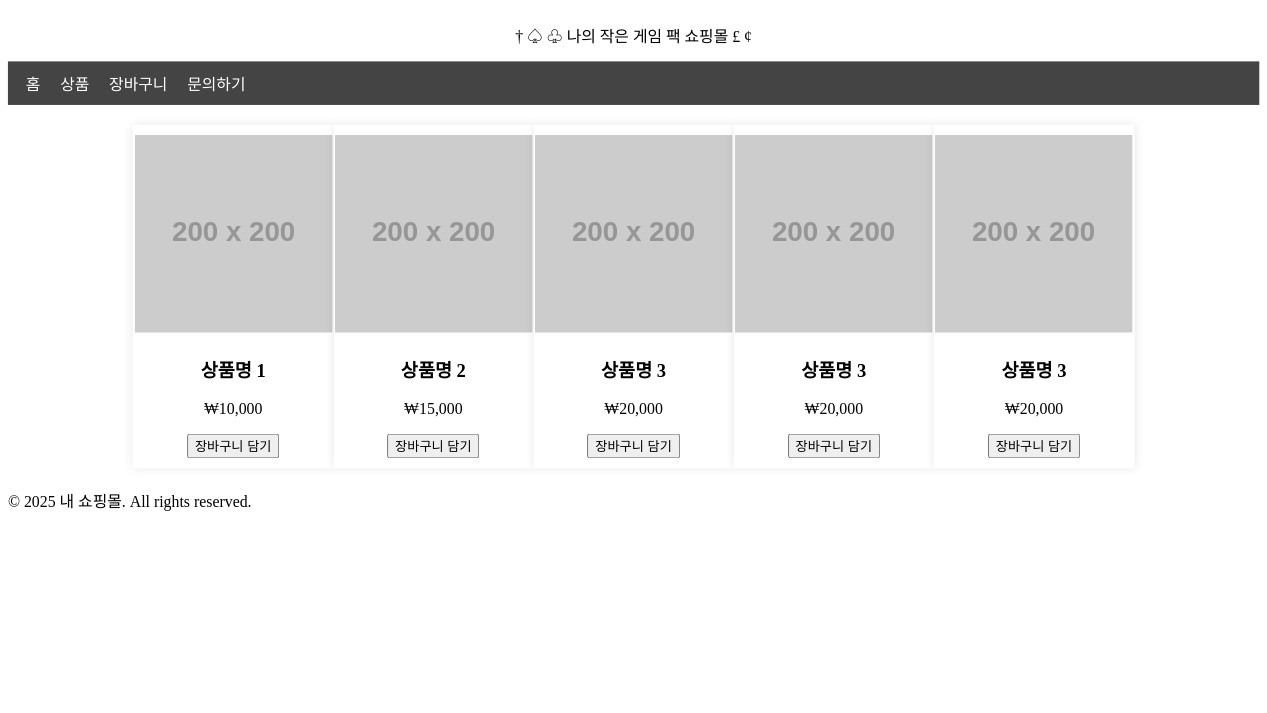
Repository: SeungYeon04/A_AssetsJSP
Page: http://localhost/JSP_Start01/
The author's editor kept a copy of each file at every save. The page is drawn from the files as they stood at one save, then again after the next save.
The browser window is 1280 px wide. The pictures show the whole page, at 99% of full size.
Some web fonts or font styles are not loaded; a fallback is used. The page is served by Tomcat 9.

Above is the page before, as saved 2025-03-11 06:00:06.

### JSP_Start01/src/main/webapp/index.jsp
<%@ page language="java" contentType="text/html; charset=UTF-8"
    pageEncoding="UTF-8"%>
<!DOCTYPE html>
<html>
<head>
<meta charset="UTF-8">
<title>Insert title here</title>
</head>
<body>
	<header>† ♤ ♧  나의 작은 게임 팩 쇼핑몰 £ ¢</header>

    <nav>
        <a href="#">홈</a>
        <a href="#">상품</a>
        <a href="#">장바구니</a>
        <a href="#">문의하기</a>
    </nav>

    <div class="container">
        <div class="product">
            <img src="https://via.placeholder.com/200" alt="상품1">
            <h3>상품명 1</h3>
            <p>₩10,000</p>
            <button>장바구니 담기</button>
        </div>

        <div class="product">
            <img src="https://via.placeholder.com/200" alt="상품2">
            <h3>상품명 2</h3>
            <p>₩15,000</p>
            <button>장바구니 담기</button>
        </div>

        <div class="product">
            <img src="https://via.placeholder.com/200" alt="상품3">
            <h3>상품명 3</h3>
            <p>₩20,000</p>
            <button>장바구니 담기</button>
        </div>
        <div class="product">
            <img src="https://via.placeholder.com/200" alt="상품3">
            <h3>상품명 3</h3>
            <p>₩20,000</p>
            <button>장바구니 담기</button>
        </div>
         <div class="product">
            <img src="https://via.placeholder.com/200" alt="상품3">
            <h3>상품명 3</h3>
            <p>₩20,000</p>
            <button>장바구니 담기</button>
        </div>
    </div>

    <footer>© 2025 내 쇼핑몰. All rights reserved.</footer>
    <style>

    	body {
    		font-family: 'Ownglyph_ParkDaHyun';
    	}

    	header {
    		text-align: center;
    		padding: 15px 0;
    	}



	    @font-face {
		    font-family: 'Ownglyph_ParkDaHyun';
		    src: url('https://fastly.jsdelivr.net/gh/projectnoonnu/2411-3@1.0/Ownglyph_ParkDaHyun.woff2') format('woff2');
		    font-weight: normal;
		    font-style: normal;
		}

		nav {
			background-color: #444;
			padding: 10px;
			text-align: ceter;

			a {
				color: white;
            	text-decoration: none;
            	margin: 0 8px;
            	/*font-size: 18px;*/
			 }

			a:hover {
            	text-decoration: underline;
        	}
		}

		/* 메인콘텐츠 */
		.container {
			width: 80%;
			margin: 20px auto;
			display: flex;
			flex-wrap: wrap;
			jusify-content:	space-between;
		}

		.product {
			width: 20%; /* 너비 추가 */
			background: white;
			padding-top: 10px;
			padding-bottom: 10px;
			box-shadow: 0 0 10px rgba(0, 0, 0, 0.1);
			text-align: center;
			margin: 20px center;
		}


    </style>
</body>
</html>

After the next save:
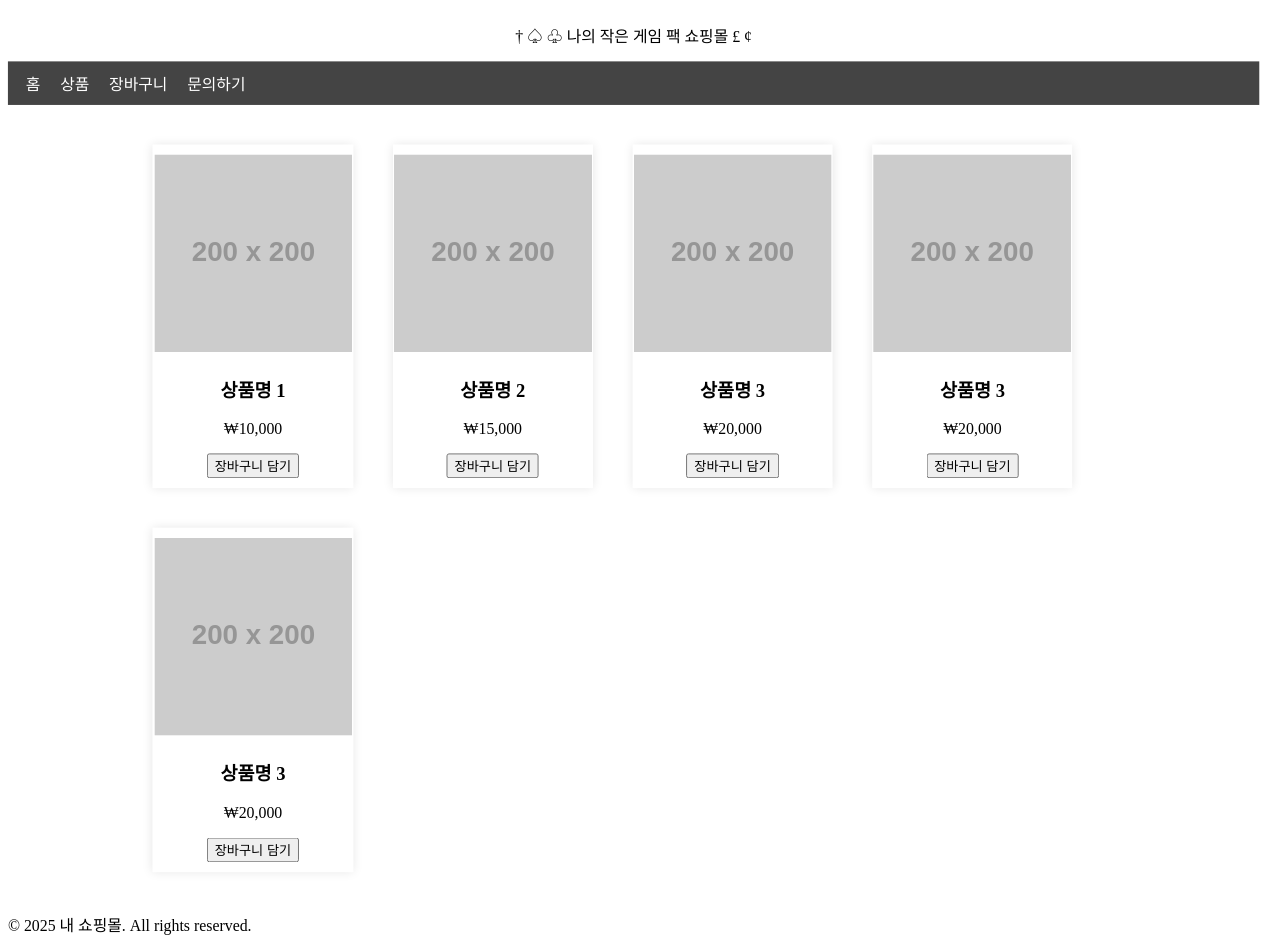
Saved 11 s later.
--- a/JSP_Start01/src/main/webapp/index.jsp
+++ b/JSP_Start01/src/main/webapp/index.jsp
@@ -105,7 +105,7 @@
 			padding-bottom: 10px;
 			box-shadow: 0 0 10px rgba(0, 0, 0, 0.1);
 			text-align: center;
-			margin: 20px center;
+			margin: 20px;
 		}
 
 
